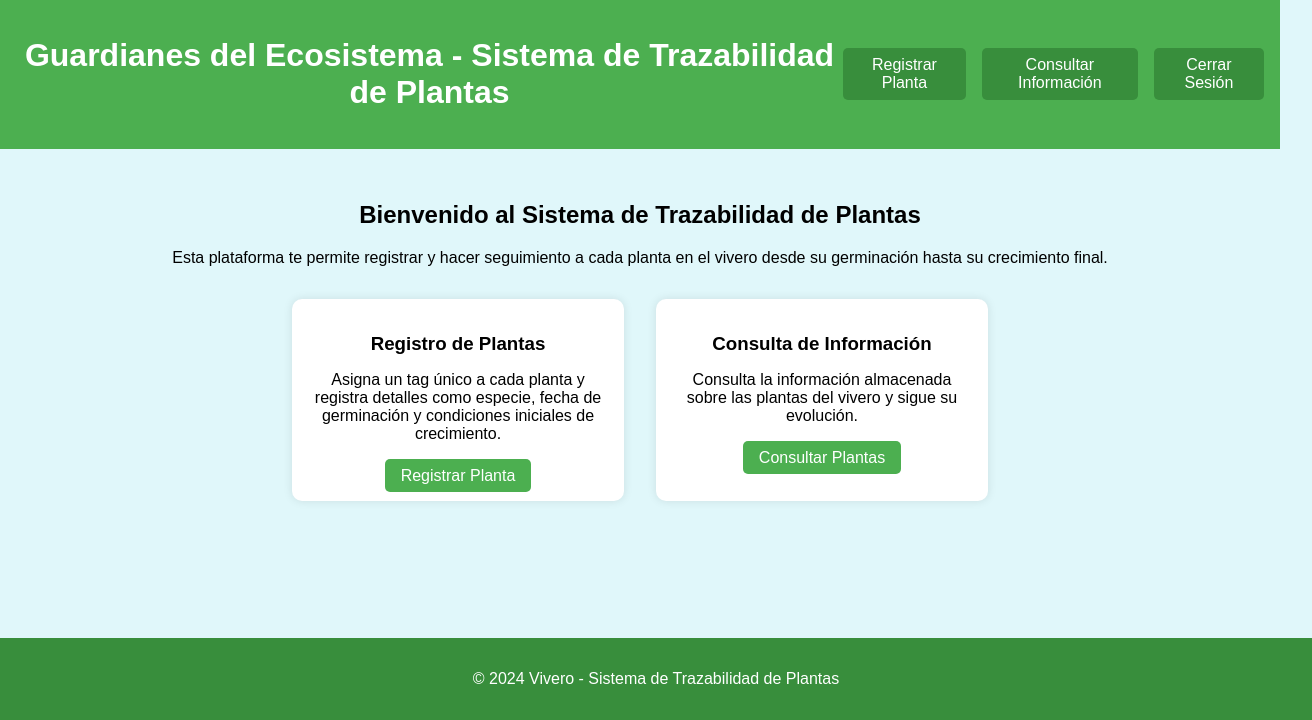
Repository: EzioPuma/guardianesdelecosistema
Page: http://localhost/homesupervisor
The author's editor kept a record of every edit. The page is drawn from the files as they stood at one moment, then again after the next edit.
The browser window is 1280 px wide. The page is 1312 px wide, so the pictures cover 1312 px, including what lies to the right of the window. The pictures show the whole page.
The page is served by the project's application, run on Flask 3 (app.py).

Above is the page before.

After the next edit:
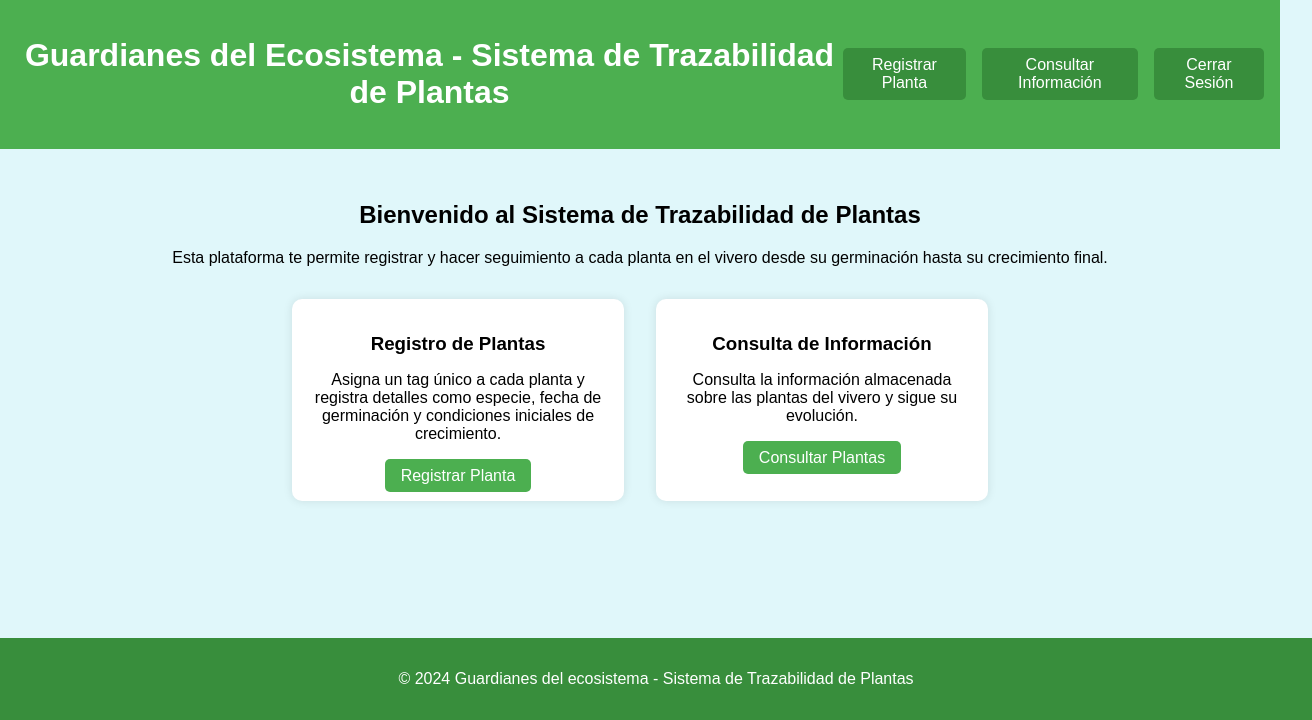
The edit:
--- a/templates/homesupervisor.html
+++ b/templates/homesupervisor.html
@@ -40,7 +40,7 @@
     </main>
 
     <footer>
-        <p>&copy; 2024 Vivero - Sistema de Trazabilidad de Plantas</p>
+        <p>&copy; 2024 Guardianes del ecosistema - Sistema de Trazabilidad de Plantas</p>
     </footer>
 </body>
 </html>
